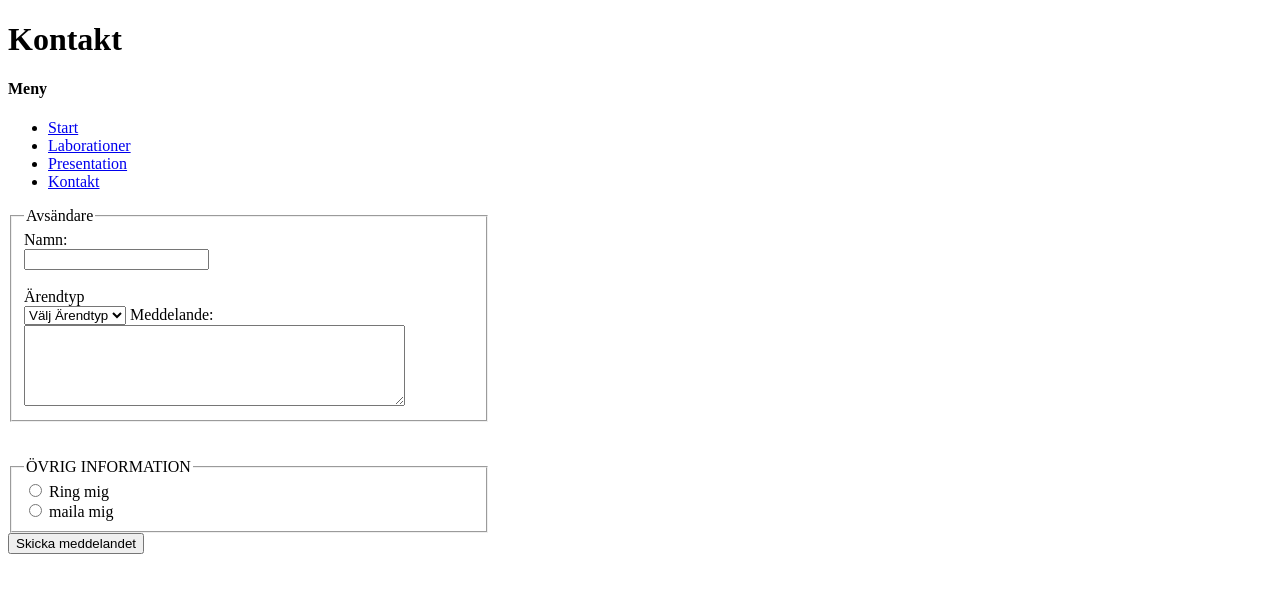
Repository: Marco30/1ik415-laborationer
Page: pages/kontakt.html
The author's editor kept a record of every edit. The page is drawn from the files as they stood at one moment, then again after the next edit.
The browser window is 1280 px wide. The pictures show the whole page.

Above is the page before.

After the next edit:
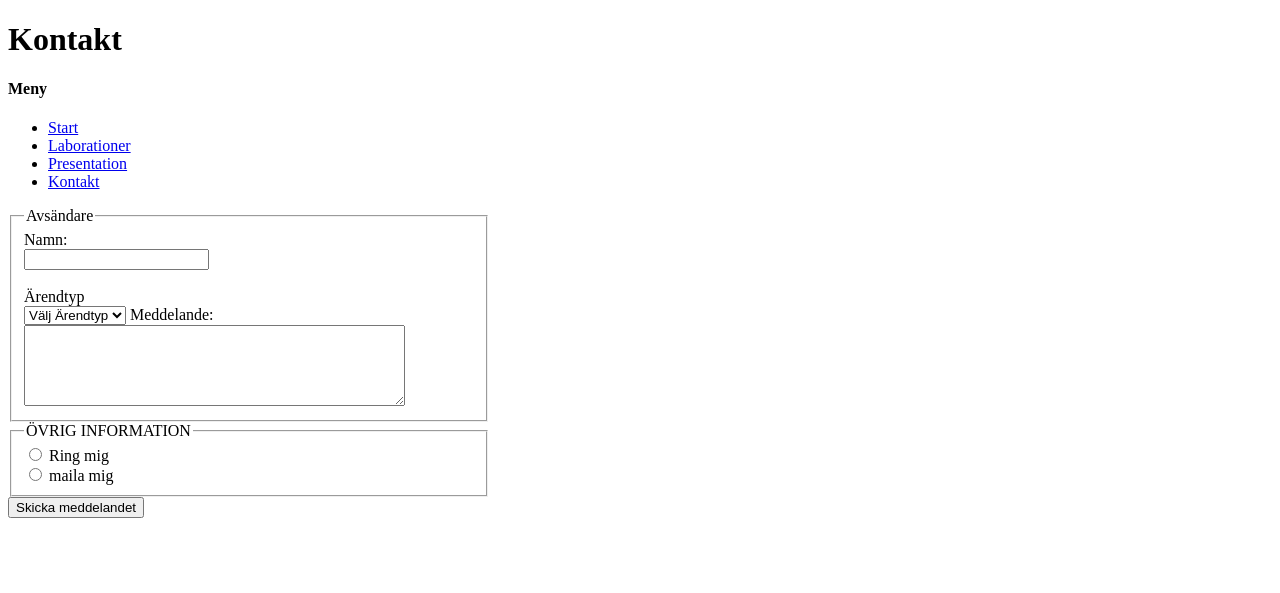
The edit:
--- a/pages/kontakt.html
+++ b/pages/kontakt.html
@@ -48,9 +48,6 @@
 
 </fieldset>
 
-<br />
-<br />
-
 <fieldset style="width: 450px;">
 <legend>ÖVRIG INFORMATION</legend>
 
